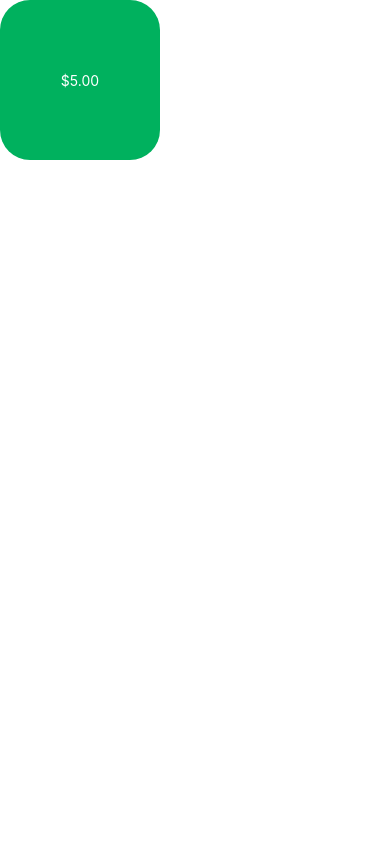
Repository: CodeBunny786/React-Native-Reveal-Animation
Screen: /
An editor plug-in stored every save of this project. The screen is shown before and after the next save, followed by the edit.
The app was drawn by React Native's web renderer in a window 390 px wide. The project was rebuilt for these pictures with package versions that can differ from the ones it lists, and the page was loaded fresh each time.

Above is the screen before, as saved 2019-10-28 11:49:58.

After the next save:
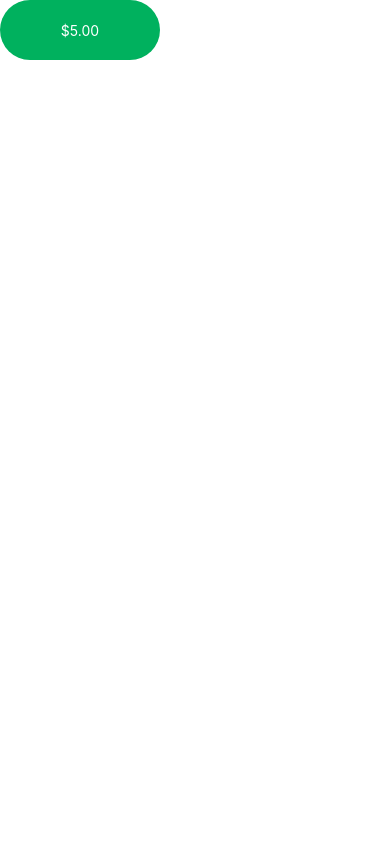
Saved 7 s later.
--- a/App.js
+++ b/App.js
@@ -66,7 +66,7 @@ const styles = StyleSheet.create({
   },
   button: {
      width: 160,
-     height: 160,
+     height: 60,
     alignItems: "center",
     justifyContent: "center",
     shadowColor: "#333",
